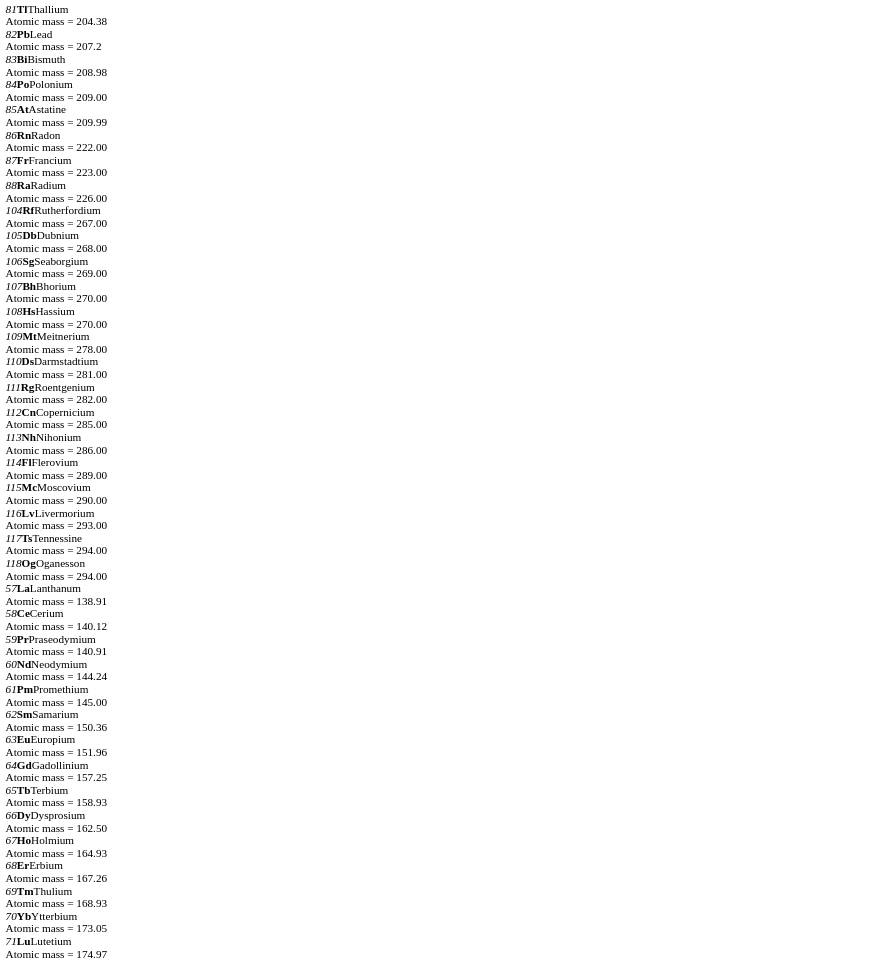
Repository: manayparikh1/Periodify
Page: index.html
An editor plug-in stored every save of this project. The page is shown before and after the next save, followed by the edit.
The browser window is 1280 px wide. The pictures show the part of the page from y = 2680 to 4600 px (the page is 4060 px tall before and 4600 px after), at 70% of full size.

Above is the page before, as saved 2026-10-16 21:44:26.

After the next save:
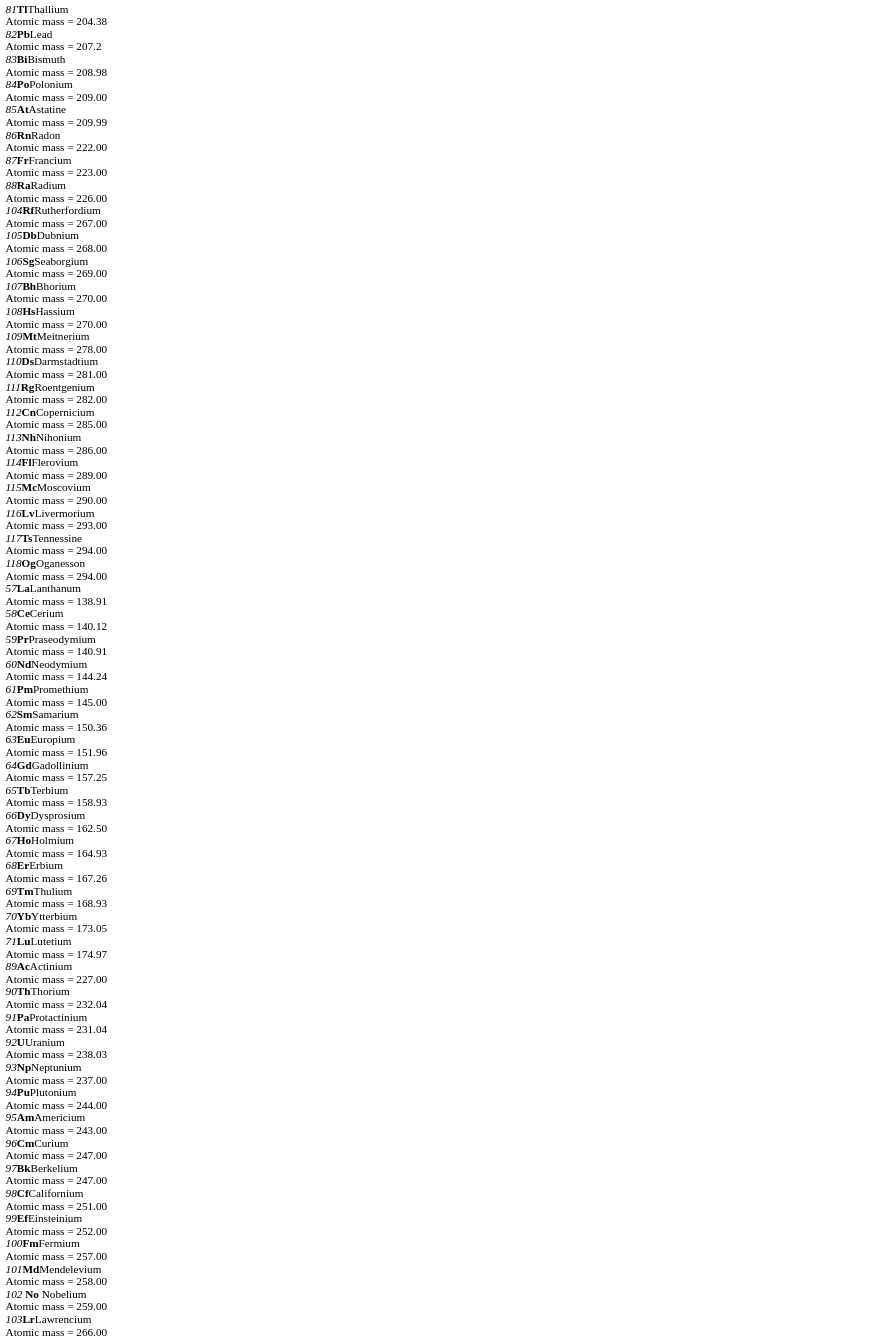
Saved 44 min 56 s later.
--- a/index.html
+++ b/index.html
@@ -150,6 +150,23 @@
             <div class="el la" tabindex="0"><i>69</i><b>Tm</b><span>Thulium<br>Atomic mass = 168.93</span></div>
             <div class="el la" tabindex="0"><i>70</i><b>Yb</b><span>Ytterbium<br>Atomic mass = 173.05</span></div>
             <div class="el la" tabindex="0"><i>71</i><b>Lu</b><span>Lutetium<br>Atomic mass = 174.97</span></div>
+            <div class="gap" style="--n:1"></div>
 
             <!-- the actinides section -->
             <div class="gap" style="--n:2"></div>
+            <div class="el ac" tabindex="0"><i>89</i><b>Ac</b><span>Actinium<br>Atomic mass = 227.00</span></div>
+            <div class="el ac" tabindex="0"><i>90</i><b>Th</b><span>Thorium<br>Atomic mass = 232.04</span></div>
+            <div class="el ac" tabindex="0"><i>91</i><b>Pa</b><span>Protactinium<br>Atomic mass = 231.04</span></div>
+            <div class="el ac" tabindex="0"><i>92</i><b>U</b><span>Uranium<br>Atomic mass = 238.03</span></div>
+            <div class="el ac" tabindex="0"><i>93</i><b>Np</b><span>Neptunium<br>Atomic mass = 237.00</span></div>
+            <div class="el ac" tabindex="0"><i>94</i><b>Pu</b><span>Plutonium<br>Atomic mass = 244.00</span></div>
+            <div class="el ac" tabindex="0"><i>95</i><b>Am</b><span>Americium<br>Atomic mass = 243.00</span></div>
+            <div class="el ac" tabindex="0"><i>96</i><b>Cm</b><span>Curium<br>Atomic mass = 247.00</span></div>
+            <div class="el ac" tabindex="0"><i>97</i><b>Bk</b><span>Berkelium<br>Atomic mass = 247.00</span></div>
+            <div class="el ac" tabindex="0"><i>98</i><b>Cf</b><span>Californium<br>Atomic mass = 251.00</span></div>
+            <div class="el ac" tabindex="0"><i>99</i><b>Ef</b><span>Einsteinium<br>Atomic mass = 252.00</span></div>
+            <div class="el ac" tabindex="0"><i>100</i><b>Fm</b><span>Fermium<br>Atomic mass = 257.00</span></div>
+            <div class="el ac" tabindex="0"><i>101</i><b>Md</b><span>Mendelevium<br>Atomic mass = 258.00</span></div>
+            <div class="el ac" tabindex="0"><i>102 </i><b>No </b><span>Nobelium<br>Atomic mass = 259.00</span></div>
+            <div class="el ac" tabindex="0"><i>103</i><b>Lr</b><span>Lawrencium<br>Atomic mass = 266.00</span></div>
+            <div class="gap" style="--n:1"></div>
